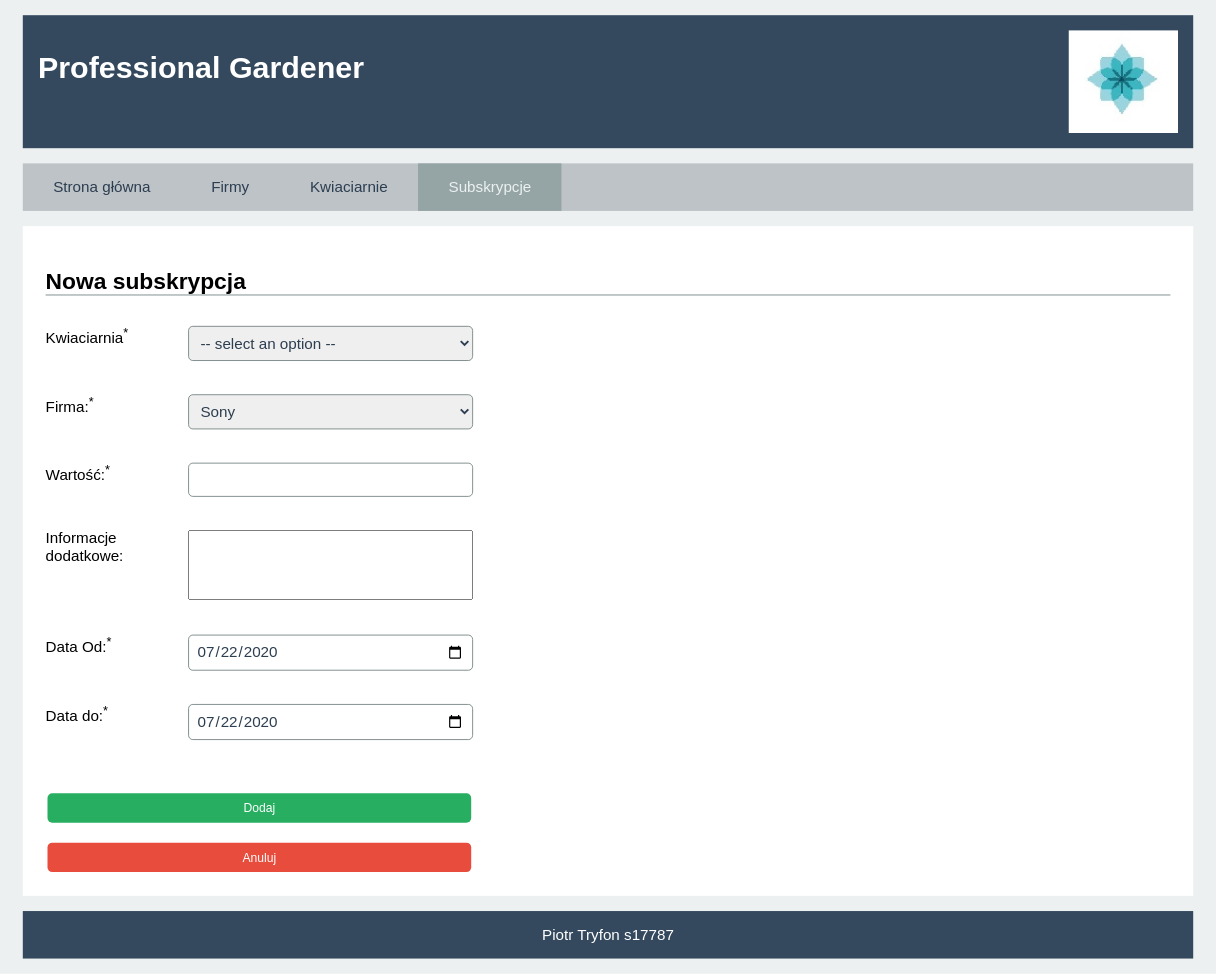
Repository: s17787/TIN
Page: tin_zaoczne_12_s17787_html-css/pages/subscription-form.html
An editor plug-in stored every save of this project. The page is shown before and after the next save, followed by the edit.
The browser window is 1280 px wide. The pictures show the whole page, at 95% of full size.

Above is the page before, as saved 2021-01-06 09:50:14.

After the next save:
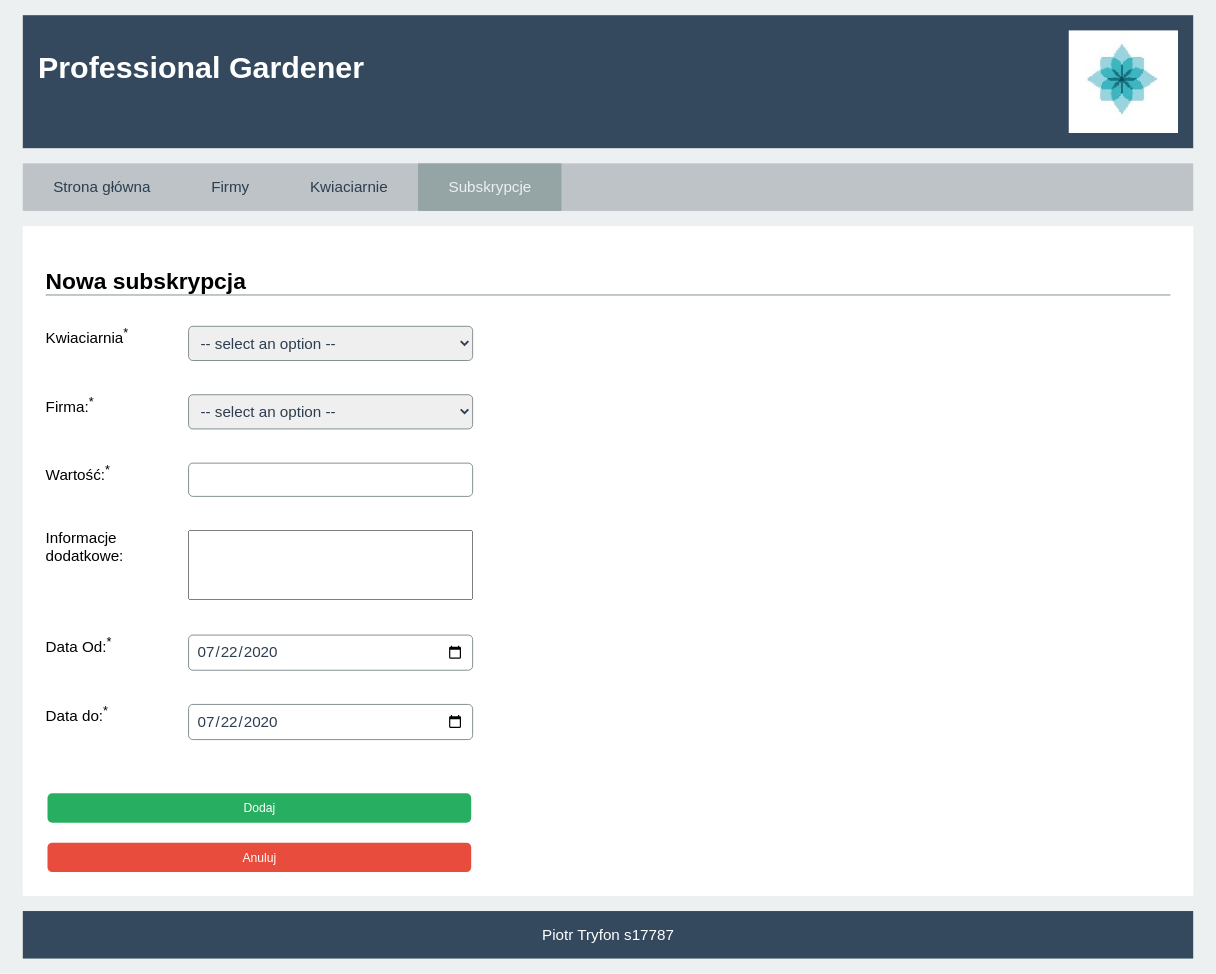
Saved 18 s later.
--- a/tin_zaoczne_12_s17787_html-css/pages/subscription-form.html
+++ b/tin_zaoczne_12_s17787_html-css/pages/subscription-form.html
@@ -36,6 +36,7 @@
             <!--<div class="form-group">-->
                 <label for="client_Name">Firma:<sup>*</sup></label>
                 <select id="client_Name" name="client_Name">
+                    <option disabled selected value> -- select an option -- </option>
                     <option value="sony">Sony</option>
                     <option value="walmart">Walmart</option>
                     <option value="amazon">Amazon</option>
